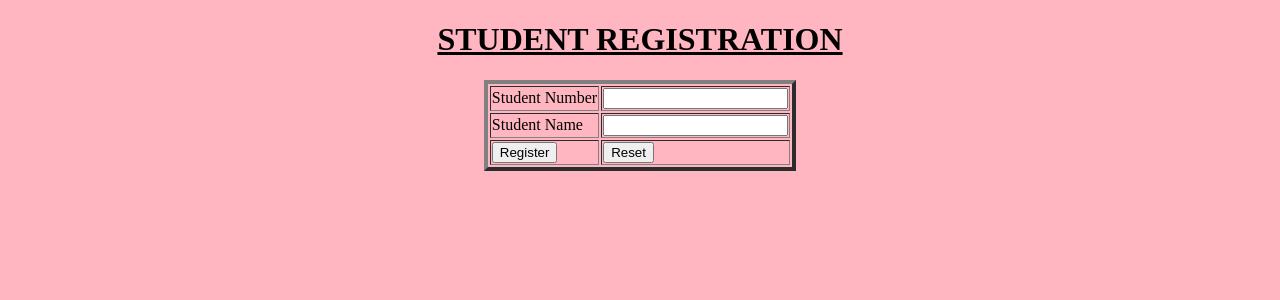
Repository: madhu124/Youtube-demo
Page: StudentRegisApp/WebContent/Register.html
These files come from the project's save history. The page is drawn as it stood at one moment and after the next save; the edit follows.
The browser window is 1280 px wide. The pictures show the whole page.

Above is the page before, as saved 2017-05-31 18:40:27.

After the next save:
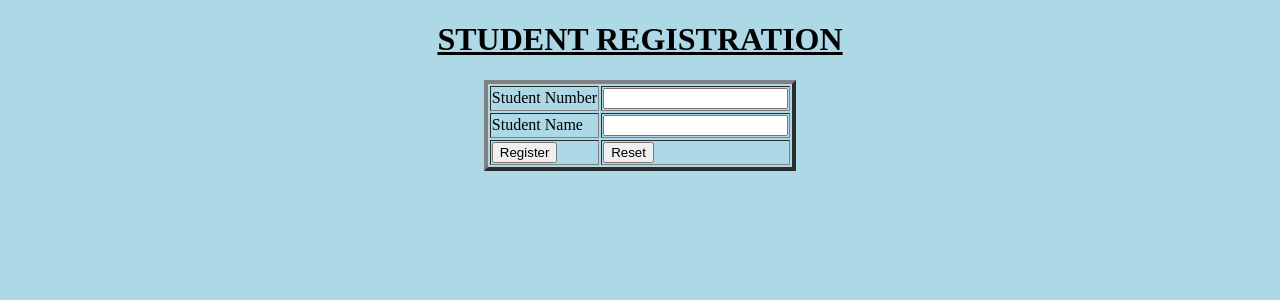
Saved 2 min 4 s later.
--- a/StudentRegisApp/WebContent/Register.html
+++ b/StudentRegisApp/WebContent/Register.html
@@ -7,7 +7,7 @@
 
 <style>
 body {
-	background-color: lightpink;
+	background-color: lightblue;
 }
 
 h1 {
